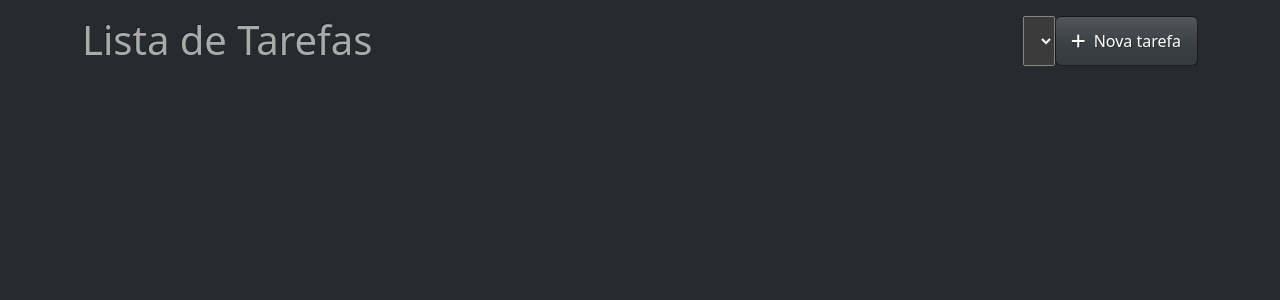
Repository: cargugati/lista_tarefas
Page: frontEnd/index.html
These files come from the project's save history. The page is drawn as it stood at one moment and after a run of saves; the edit follows.
The browser window is 1280 px wide. The pictures show the whole page.

Above is the page before, as saved 2023-03-16 10:24:45.

### frontEnd/index.html
<!DOCTYPE html>
<html lang="pt-br">

<head>
  <meta charset="UTF-8">
  <meta http-equiv="X-UA-Compatible" content="IE=edge">
  <meta name="viewport" content="width=device-width, initial-scale=1.0">
  <title>Lista de Tarefas</title>
  <link rel="stylesheet" href="/assets/css/bootstrap.min.css">
  <link rel="stylesheet" href="/assets/fontawesome/css/all.min.css">
  <link rel="shortcut icon" href="/assets/images/favicon.png" type="image/png">
</head>

<body>
  <div class="container my-3">
    <div class="row">
      <div class="col">
        <h1>Lista de Tarefas</h1>
      </div>
      <div class="col text-end">
        <div class="d-flex justify-content-end">
          <select id="select_filter" class="form">
            <option value=""></option>
            <option value="1">1</option>
          </select>
          <a href="new_task.html" class="btn btn-primary"><i class="fa-solid fa-plus me-2"></i>Nova tarefa</a>
        </div>
      </div>
    </div>
  </div>


  <script src="assets/js/bootstrap.bundle.min.js"></script>
</body>

</html>

Loaded but not shown: frontEnd/assets/css/bootstrap.min.css (library); frontEnd/assets/fontawesome/css/all.min.css (library); frontEnd/assets/js/bootstrap.bundle.min.js (library)

After the next 3 saves:
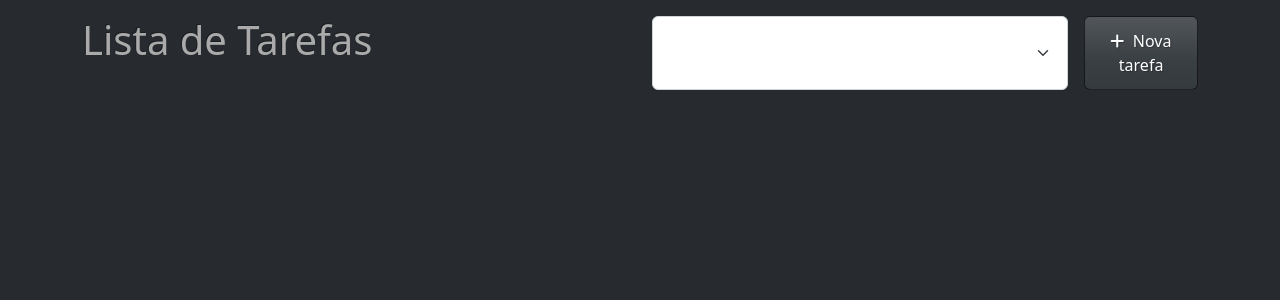
The 3 saves are shown as one change because they came seconds apart.
The last was saved 9 s later.
--- a/frontEnd/index.html
+++ b/frontEnd/index.html
@@ -19,7 +19,7 @@
       </div>
       <div class="col text-end">
         <div class="d-flex justify-content-end">
-          <select id="select_filter" class="form">
+          <select id="select_filter" class="form-select me-3">
             <option value=""></option>
             <option value="1">1</option>
           </select>
